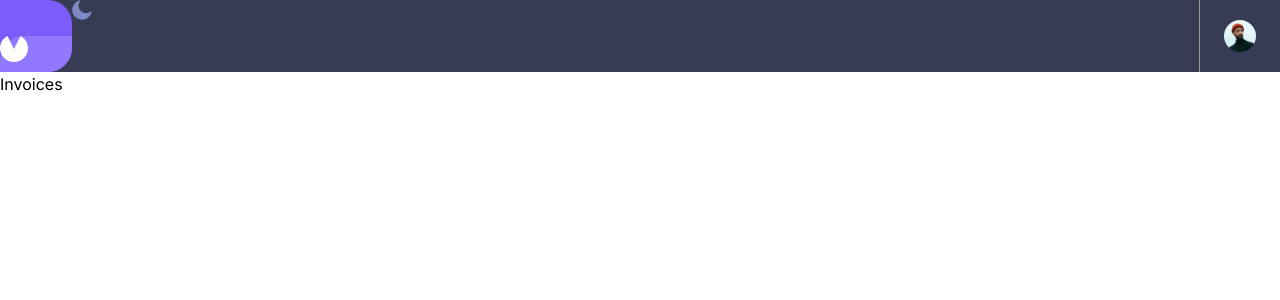
Repository: theoneswhodead/invoice-app
Page: /
The author's editor kept a copy of each file at every save. The page is drawn from the files as they stood at one save, then again after the next save.
The browser window is 1280 px wide. The pictures show the whole page.
The project was rebuilt for these pictures with package versions that can differ from the ones it lists, and the page was loaded fresh each time. The framework's server and built-in components were replaced by stand-ins that run in the browser. Also part of the build but not shown: next.config.mjs.

Above is the page before, as saved 2024-08-19 18:07:26.

After the next save:
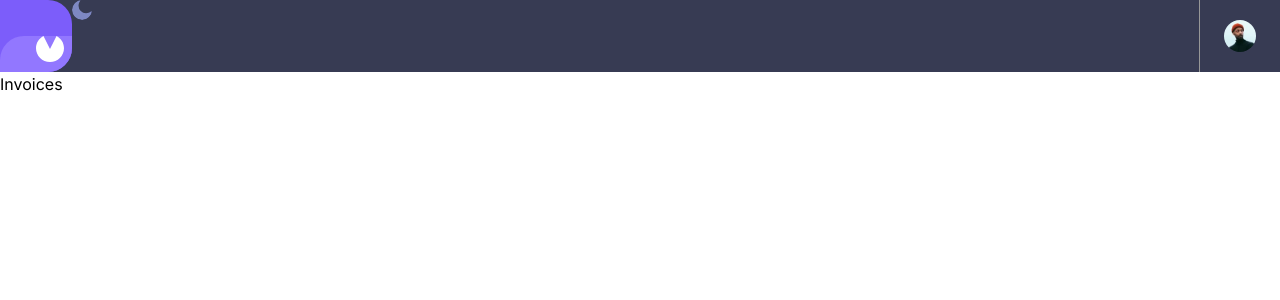
Saved 9 s later.
--- a/app/components/BarMenu.tsx
+++ b/app/components/BarMenu.tsx
@@ -12,7 +12,7 @@ const BarMenu = () => {
                 width={28}
                 height={26}
                 alt="Logo"
-                className='absolute top-1/2'
+                className='absolute top-1/2 left-1/2'
             />
             <div className='bg-light_purple w-[4.5rem] h-[2.25rem] mt-[36px] rounded-br-3xl rounded-tl-3xl'>
 
